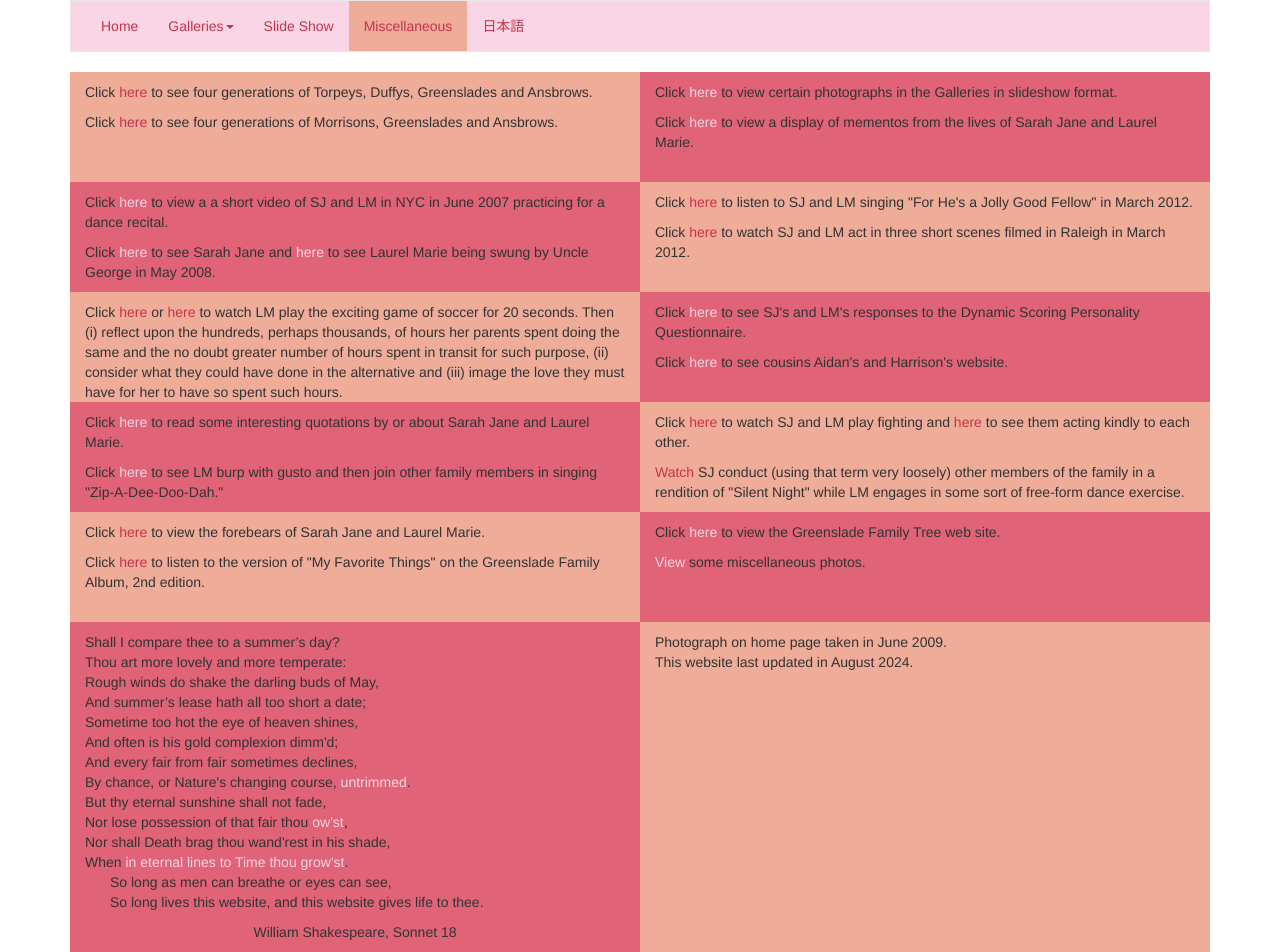
Repository: George2916/Sarah-Jane-and-Laurel-Marie
Page: misc.html
The author's editor kept a record of every edit. The page is drawn from the files as they stood at one moment, then again after the next edit.
The browser window is 1280 px wide. The pictures show the whole page.

Above is the page before.
Console error: TypeError: Cannot read properties of null (reading 'style')

After the next edit:
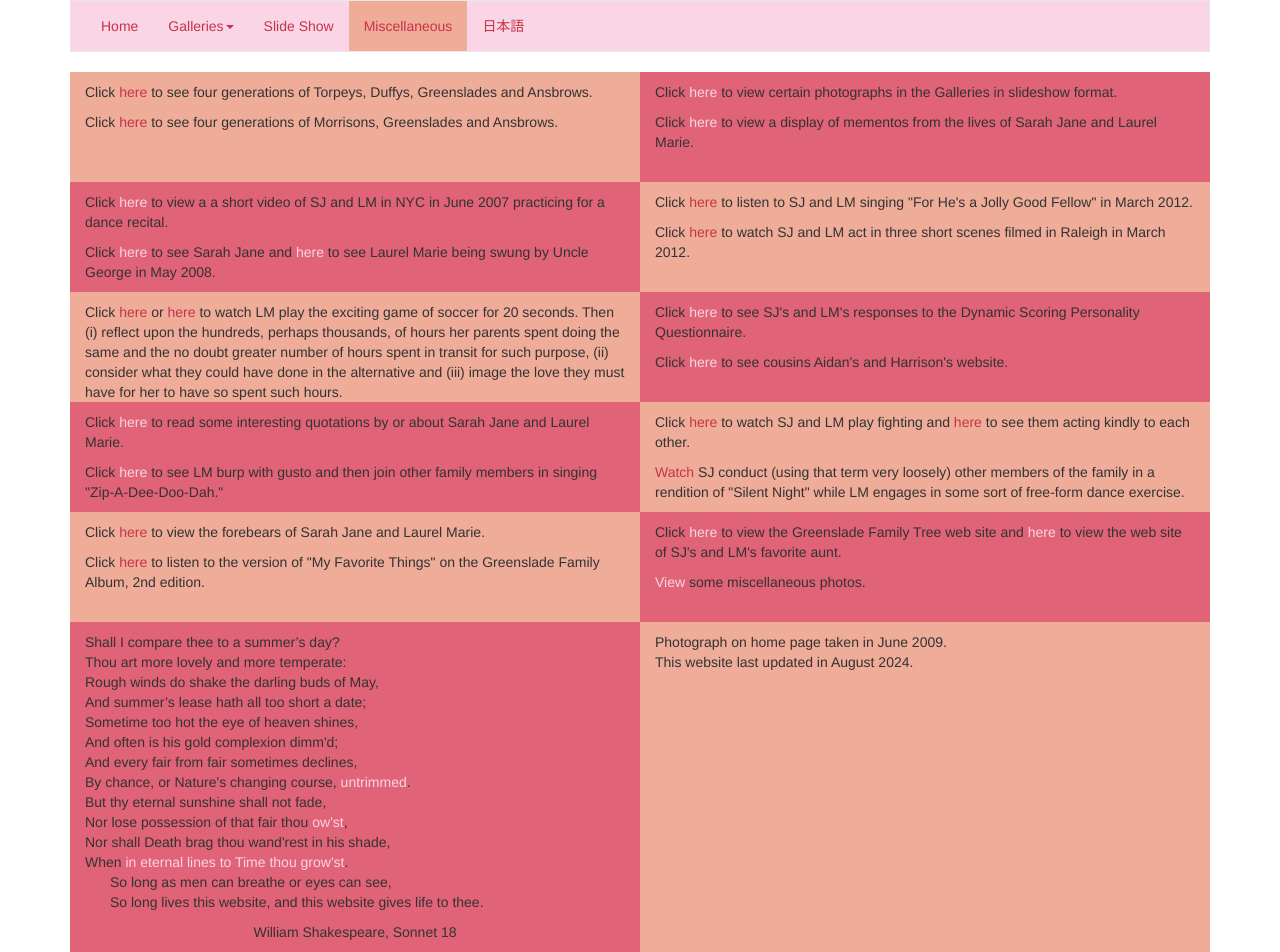
The edit:
--- a/misc.html
+++ b/misc.html
@@ -131,7 +131,7 @@
 
 
             <div class="col-sm-6 color1 box10">
-                <p>Click <a class="misc-link-10 AAA" href="https://george2916.github.io/GreensladeFamilyTree">here</a> to view the Greenslade Family Tree web site.</p>
+                <p>Click <a class="misc-link-10 AAA" href="https://george2916.github.io/GreensladeFamilyTree">here</a> to view the Greenslade Family Tree web site and <a class="misc-link-10 AAA" href="https://george2916.github.io/FamilyTreePhotographs/sunghee2024.html">here</a> to view the web site of SJ's and LM's favorite aunt.</p>
 
                 <p><a class="misc-link-10 AAA" href="miscPhotos.html">View</a> some miscellaneous photos.</p>
         </div>
